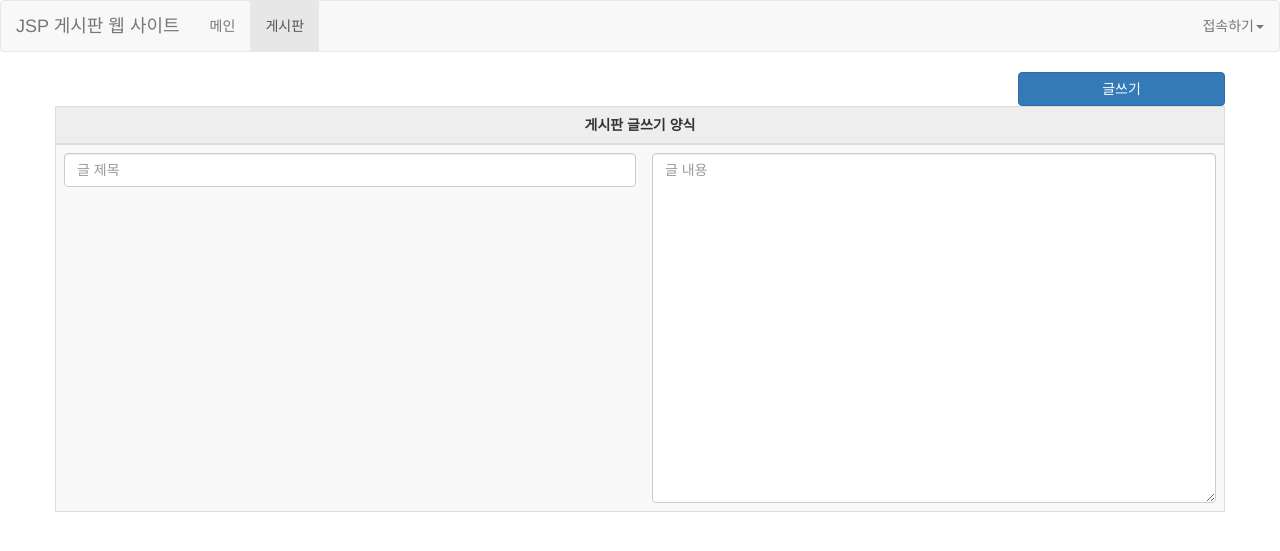
Repository: jsj961/bulletin-board-system
Page: http://localhost/BBS/view.jsp
The author's editor kept a copy of each file at every save. The page is drawn from the files as they stood at one save, then again after the next save.
The browser window is 1280 px wide. The pictures show the whole page.
Some web libraries are served in a nearby version. The page is served by Tomcat 9. Other server files are loaded and not shown.

Above is the page before, as saved 2021-07-01 06:12:37.

### BBS/src/main/webapp/view.jsp
<%@ page language="java" contentType="text/html; charset=UTF-8"
    pageEncoding="UTF-8"%>
<%@ page import="java.io.PrintWriter" %>
<!DOCTYPE html>
<html>
<head>
<meta charset="UTF-8">
<meta name="viewport" content="width=device-width", initial-scale="1">
<link rel="stylesheet" href="css/bootstrap.css">
<title>JSP 게시판 웹 사이트</title>
</head>
<body>
	<%
		String userID = null;
		if(session.getAttribute("userID") != null) {
			userID = (String) session.getAttribute("userID");
		}
	%>
	<nav class="navbar navbar-default">
		<div class="navbar-header">
			<button type="button" class="navbar-toggle collasped"
				data-toggle="collapse" data-target="#bs-example-navbar-collaspe-1"
				aria-expanded="false">
				<span class="icon-bar"></span>
				<span class="icon-bar"></span>
				<span class="icon-bar"></span>
			</button>
			<a class="navbar-brand" href="main.jsp">JSP 게시판 웹 사이트</a>
		</div>
		<div class="collapse navbar-collapse" id="bs-example-navbar-collapse-1">
			<ul class="nav navbar-nav">
				<li><a href="main.jsp">메인</a></li>
				<li class="active"><a href="bbs.jsp">게시판</a></li>
			</ul>
			<%
				if(userID == null) {
			%>
			<ul class="nav navbar-nav navbar-right">
				<li class="dropdown">
					<a href="#" class="dropdown-toggle"
					 	data-toggle="dropdown" role="button" aria-haspopup="true"
					 	aria-expanded="false">접속하기<span class="caret"></span></a>
				 	<ul class="dropdown-menu">
				 		<li><a href="login.jsp">로그인</a></li>
				 		<li><a href="join.jsp">회원가입</a></li>
				 	</ul>
				</li>
			</ul>
			<%
				} else {
			%>
			<ul class="nav navbar-nav navbar-right">
				<li class="dropdown">
					<a href="#" class="dropdown-toggle"
					 	data-toggle="dropdown" role="button" aria-haspopup="true"
					 	aria-expanded="false">회원관리<span class="caret"></span></a>
				 	<ul class="dropdown-menu">
				 		<li><a href="logoutAction.jsp">로그아웃</a></li>
				 	</ul>
				</li>
			</ul>
			<%
				}
			%>
		</div>
	</nav>
	<div class="container">
		<div class="row">
			<table class="table table-striped" style="text-align: center; border: 1px solid #dddddd">
				<thead>
					<tr>
						<th colspan="2" style="background-color: #eeeeee; text-align: center;">게시판 글쓰기 양식</th>
					</tr>
				</thead>
				<tbody>
					<tr>
						<td><input type="text" class="form-control" placeholder="글 제목" name="bbsTitle" maxlength="50"></td>
						<td><textarea type="text" class="form-control" placeholder="글 내용" name="bbsContent" maxlength="2048" style="height: 350px;"></textarea></td>
					</tr>
				</tbody>
				<input type="sumbit" class="btn btn-primary pull-right" value="글쓰기"></a>
			</table>
		</div>
	</div>
	<script src="https://ajax.googleapis.com/ajax/libs/jquery/3.2.1/jquery.min.js"></script>
	<script src="js/bootstrap.js"></script>

</body>
</html>

Loaded but not shown: BBS/src/main/webapp/css/bootstrap.css (library); BBS/src/main/webapp/js/bootstrap.js (library)

After the next save:
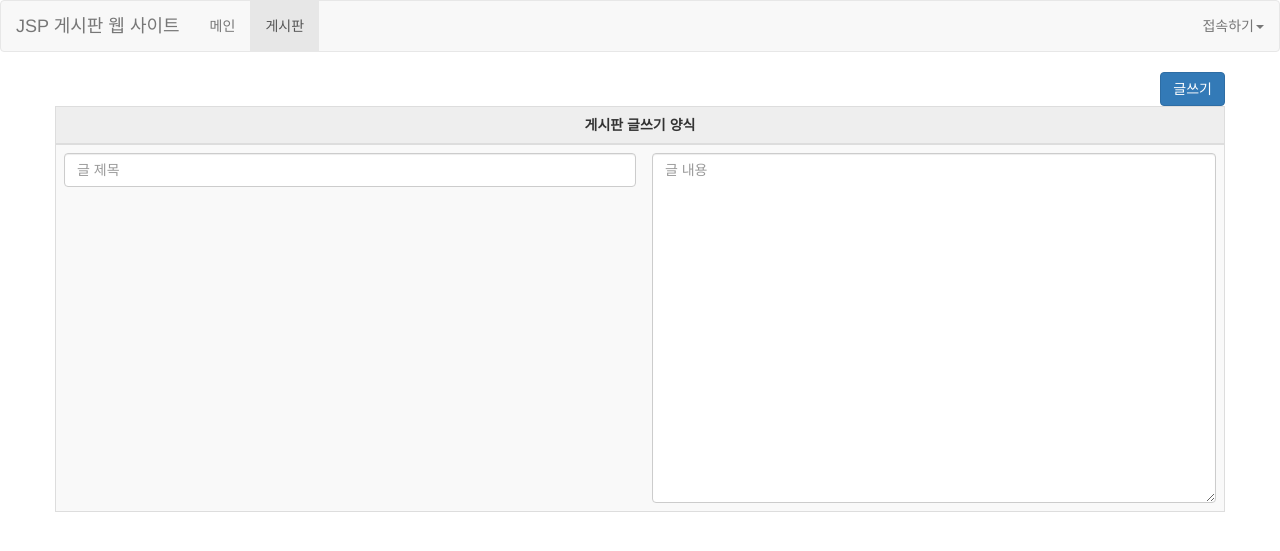
Saved 22 s later.
--- a/BBS/src/main/webapp/view.jsp
+++ b/BBS/src/main/webapp/view.jsp
@@ -78,7 +78,7 @@
 						<td><textarea type="text" class="form-control" placeholder="글 내용" name="bbsContent" maxlength="2048" style="height: 350px;"></textarea></td>
 					</tr>
 				</tbody>
-				<input type="sumbit" class="btn btn-primary pull-right" value="글쓰기"></a>
+				<input type="submit" class="btn btn-primary pull-right" value="글쓰기"></a>
 			</table>
 		</div>
 	</div>
